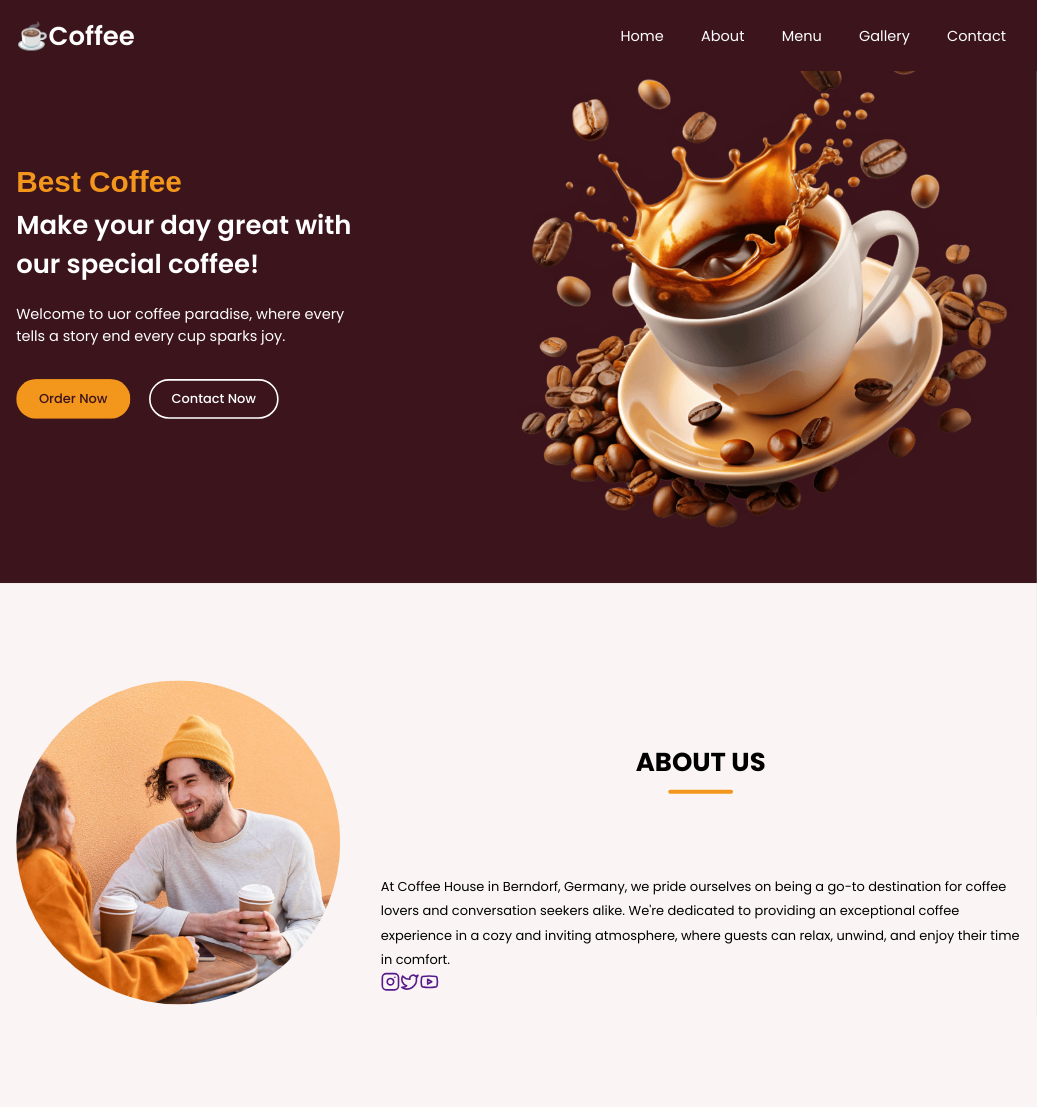
Repository: guilhermecardoso93/coffe-site-vite
Page: /
The author's editor kept a copy of each file at every save. The page is drawn from the files as they stood at one save, then again after the next save.
The browser window is 1280 px wide. The pictures show the whole page, at 81% of full size.
Some web fonts or font styles are not loaded; a fallback is used. The project was rebuilt for these pictures with package versions that can differ from the ones it lists, and the page was loaded fresh each time. Also part of the build but not shown: vite.config.js.

Above is the page before, as saved 2024-11-20 12:32:51.

### index.html
<!doctype html>
<html lang="en">

<head>
    <meta charset="UTF-8" />
    <link rel="icon" type="image/svg+xml" href="/vite.svg" />
    <link rel="preconnect" href="https://fonts.googleapis.com">
    <link rel="preconnect" href="https://fonts.gstatic.com" crossorigin>
    <link href="https://fonts.googleapis.com/css2?family=Miniver&family=Poppins:ital,wght@0,100;0,200;0,300;0,400;0,500;0,600;0,700;0,800;0,900;1,100;1,200;1,300;1,400;1,500;1,600;1,700;1,800;1,900&display=swap" rel="stylesheet">
    <meta name="viewport" content="width=device-width, initial-scale=1.0" />
    <title>Coffee WebSite</title>
</head>

<body>
    <div id="root"></div>
    <script type="module" src="/src/main.jsx"></script>
</body>

</html>

### src/main.jsx
import { StrictMode } from "react";
import { createRoot } from "react-dom/client";
import { App } from "./App.jsx";

import "./index.css";

createRoot(document.getElementById("root")).render(
  <StrictMode>
    <App />
  </StrictMode>
);

### src/App.jsx
import { Navbar } from "./components/Navbar";
import { Hero } from "./components/Hero";
import { About } from "./components/About";

export function App() {
  return (
    <>
      <Navbar />
      <Hero />
      <About />
    </>
  );
}

### src/index.css
:root {
  font-synthesis: none;
  text-rendering: optimizeLegibility;
  -webkit-font-smoothing: antialiased;
  -moz-osx-font-smoothing: grayscale;

  --white-color: #fff;
  --dark-color: #252525;
  --primary-color: #3b141c;
  --secondary-color: #f3961c;
  --light-pink-color: #faf4f5;
  --medium-gray-color: #ccc;

  --font-size-s: 0.9rem;
  --font-size-n: 1rem;
  --font-size-m: 1.12rem;
  --font-size-l: 1.5rem;
  --font-size-xl: 2rem;
  --font-size-xxl: 2.3rem;

  --font-weight-normal: 400;
  --font-weight-medium: 500;
  --font-weight-semibold: 600;
  --font-weight-bold: 700;

  --border-radius-s: 8px;
  --border-radius-m: 30px;
  --border-radius-circle: 50%;

  --site-max-width: 1300px;
}

* {
  padding: 0;
  margin: 0;
  box-sizing: border-box;
  font-family: "Poppins", sans-serif;
}

ul {
  list-style: none;
}

a {
  text-decoration: none;
}

button {
  cursor: pointer;
  border: none;
  background-color: none;
}

img {
  width: 100%;
}

.section-content {
  margin: 0 auto;
  padding: 0 20px;
  max-width: var(--site-max-width);
}

.section-title {
  text-align: center;
  padding: 60px 0 100px;
  text-transform: uppercase;
  font-size: var(--font-size-xl);
}

.section-title::after {
  content: '';
  width: 80px;
  height: 5px;
  display: block;
  margin: 10px auto 0;
  border-radius: var(--border-radius-s);
  background-color: var(--secondary-color);
}


@media screen and (max-width: 900px) {
  :root {
    --font-size-s: 0.9rem;
    --font-size-n: 1rem;
    --font-size-m: 1rem;
    --font-size-l: 1.3rem;
    --font-size-xl: 1.5rem;
    --font-size-xxl: 1.8rem;
  }
}

### src/components/Navbar/index.jsx
import { useState } from "react";
import { AlignJustify, X } from "lucide-react";
import "./styles.css";

export function Navbar() {
  // Estado para controlar a visibilidade do menu
  const [isMobileMenuOpen, setMobileMenuOpen] = useState(false);

  // Alternar o estado do menu
  const toggleMobileMenu = () => {
    setMobileMenuOpen((prevState) => !prevState);
    document.body.classList.toggle("show-mobile-menu", !isMobileMenuOpen); // Para adicionar/remover a classe no body
  };

  return (
    <header>
      <nav className="navbar section-content">
        <a href="/" className="nav-logo">
          <h2 className="logo-text">☕Coffee</h2>
        </a>
        {/* Menu com classe condicional */}
        <ul className={`nav-menu ${isMobileMenuOpen ? "show-mobile-menu" : ""}`}>
          <button id="menu-close-button" onClick={toggleMobileMenu}>
            <X color="black" size={40} />
          </button>
          <li className="nav-item">
            <a href="/" className="nav-link">
              Home
            </a>
          </li>
          <li className="nav-item">
            <a href="/about" className="nav-link">
              About
            </a>
          </li>
          <li className="nav-item">
            <a href="/menu" className="nav-link">
              Menu
            </a>
          </li>
          <li className="nav-item">
            <a href="/gallery" className="nav-link">
              Gallery
            </a>
          </li>
          <li className="nav-item">
            <a href="/contact" className="nav-link">
              Contact
            </a>
          </li>
        </ul>
        {/* Botão para abrir o menu */}
        <button id="menu-open-button" onClick={toggleMobileMenu}>
          <AlignJustify color="white" size={40} />
        </button>
      </nav>
    </header>
  );
}

### src/components/Hero/index.jsx
import heroImg from "../../assets/images/coffee-hero-section.png";
import "./styles.css";

export function Hero() {
  return (
    <main>
      <section className="hero-section">
        <div className="section-content-hero">
          <div className="hero-details">
            <h2 className="title">Best Coffee</h2>
            <h3 className="subtitle">
              Make your day great with our special coffee!
            </h3>
            <p className="description">
              Welcome to uor coffee paradise, where every tells a story end
              every cup sparks joy.
            </p>
            <div className="buttons">
              <a href="#" className="button order-now">
                {" "}
                Order Now
              </a>
              <a href="#" className="button contact-us">
                {" "}
                Contact Now
              </a>
            </div>
          </div>
          <div className="hero-image-wrapper">
            <img src={heroImg} alt="" className="hero-image" />
          </div>
        </div>
      </section>
    </main>
  );
}

### src/components/About/index.jsx
import { Instagram, Twitter, Youtube } from "lucide-react";
import AboutImg from "../../assets/images/about-image.jpg";
import "./styles.css";
export function About() {
  return (
    <section className="about-section" id="about">
      <div className="section-content">
        <div className="about-image-wrapper">
          <img src={AboutImg} alt="" className="about-image" />
        </div>
        <div className="about-details">
          <h2 className="section-title">About Us</h2>
          <p>
            At Coffee House in Berndorf, Germany, we pride ourselves on being a
            go-to destination for coffee lovers and conversation seekers alike.
            We're dedicated to providing an exceptional coffee experience in a
            cozy and inviting atmosphere, where guests can relax, unwind, and
            enjoy their time in comfort.
          </p>
          <div className="social-link-list">
            <a href="" className="social-link">
              <Instagram />
            </a>
            <a href="" className="social-link">
              <Twitter />
            </a>
            <a href="" className="social-link">
              <Youtube />
            </a>
          </div>
        </div>
      </div>
    </section>
  );
}

### src/components/Navbar/styles.css
header {
  position: fixed;
  width: 100%;
  z-index: 5;
  background-color: var(--primary-color);
}

header .navbar {
  display: flex;
  align-items: center;
  justify-content: space-between;
  padding: 20px;
}

.navbar .nav-logo .logo-text {
  color: var(--white-color);
  font-size: var(--font-size-xl);
  font-weight: var(--font-weight-semibold);
}

/* Menu principal */
.navbar .nav-menu {
  display: flex;
  gap: 10px;
  transition: transform 0.3s ease;
}

body.show-mobile-menu .nav-menu {
  transform: translateX(0);
}


.navbar .nav-menu.open {
  transform: translateX(0);
}

.navbar .nav-menu.closed {
  transform: translateX(-100%);
}

/* Botões de controle */
#menu-close-button,
#menu-open-button {
  display: none;
}

#menu-close-button,
#menu-open-button {
  cursor: pointer;
}

#menu-close-button {
  position: absolute;
  right: 30px;
  top: 30px;
}

/* Links do menu */
.navbar .nav-menu .nav-item {
  text-align: center;
  color: var(--white-color);
  padding: 10px 18px;
  border-radius: var(--border-radius-m);
  font-size: var(--font-size-m);
  transition: 0.3s ease;
}

.navbar .nav-menu .nav-item a {
  color: var(--white-color);
}

.navbar .nav-menu .nav-item:hover {
  color: var(--primary-color);
  background-color: var(--secondary-color);
}

/* Estilos responsivos */
@media screen and (max-width: 900px) {

  #menu-close-button,
  #menu-open-button {
    display: block;
    font-size: var(--font-size-l);
    background: none;
  }

  .navbar .nav-menu {
    flex-direction: column;
    position: fixed;
    top: 0;
    left: 0;
    width: 300px;
    height: 100%;
    padding-top: 100px;
    background: var(--white-color);
    transform: translateX(-100%);
  }

  .navbar .nav-menu .nav-item a {
    color: var(--dark-color);
  }


  .nav-menu .nav-item {
    margin-bottom: 2rem;
    background: none;
  }

  .navbar .nav-menu.open {
    transform: translateX(0);
  }

  .navbar .nav-menu .nav-link {
    margin-top: 17px;
    color: var(--dark-color);
    font-size: var(--font-size-l);
    gap: 1rem;
  }
}

### src/components/Hero/styles.css
.hero-section {
  min-height: 100vh;
  background-color: var(--primary-color);
}

.hero-section .section-content-hero {
  display: flex;
  align-items: center;
  min-height: 100vh;
  color: var(--white-color);
  justify-content: space-between;
  padding-top: 5rem;
  margin: 0 auto;
  padding: 0 20px;
  max-width: var(--site-max-width);
}

.hero-section .hero-details .title {
  font-size: var(--font-size-xxl);
  color: var(--secondary-color);
  font-weight: var(--font-weight-bold);
  font-family: "Miniver", sans-serif;
}

.hero-section .hero-details .subtitle {
  font-size: var(--font-size-xl);
  margin-top: 8px;
  max-width: 70%;
  font-weight: var(--font-weight-semibold);
}

.hero-section .hero-details .description {
  max-width: 70%;
  margin: 24px 0 40px;
  font-size: var(--font-size-m);
}

.hero-section .buttons {
  display: flex;
  gap: 23px;
}

.hero-section .hero-details .button {
  display: flex;
  align-items: center;
  text-align: center;
  padding: 10px 26px;
  color: var(--primary-color);
  border: 2px solid transparent;
  border-radius: var(--border-radius-m);
  background-color: var(--secondary-color);
  font-weight: var(--font-weight-medium);
  transition: 0.3s ease;
}

.hero-section .hero-details .button:hover,
.hero-section .hero-details .contact-us {
  color: var(--white-color);
  border-color: var(--white-color);
  background: transparent;
}

.hero-section .hero-details .contact-us:hover {
  color: var(--primary-color);
  border-color: var(--secondary-color);
  background-color: var(--secondary-color);
}

.hero-mage-wrapper {
  max-width: 500px;
  margin-right: 30px;
}

@media screen and (max-width: 900px) {
  .hero-section .section-content-hero {
    flex-direction: column-reverse;
    justify-content: center;
    gap: 50px;
    padding: 30px 20px 20px;
  }

  .hero-section .hero-image-wrapper {
    max-width: 270px;
    margin-right: 0;
  }

  .hero-section .hero-details :is(.subtitle, .description) {
    max-width: 100%;
  }

  .hero-section .hero-details .buttons {
    justify-content: center;
  }

  .hero-details {
    display: flex;
    flex-direction: column;
    align-items: center;
    justify-content: center;
  }
}

### src/components/About/styles.css
.about-section {
  padding: 120px 0;
  background-color: var(--light-pink-color);
}

.about-section .section-content {
  display: flex;
  align-items: center;
  justify-content: space-between;
  gap: 50px;
}

.about-section .about-image-wrapper .about-image {
  width: 400px;
  height: 400px;
  object-fit: cover;
  border-radius: var(--border-radius-circle);
}

.about-section .about-details  p {
  line-height: 30px;
}

After the next save:
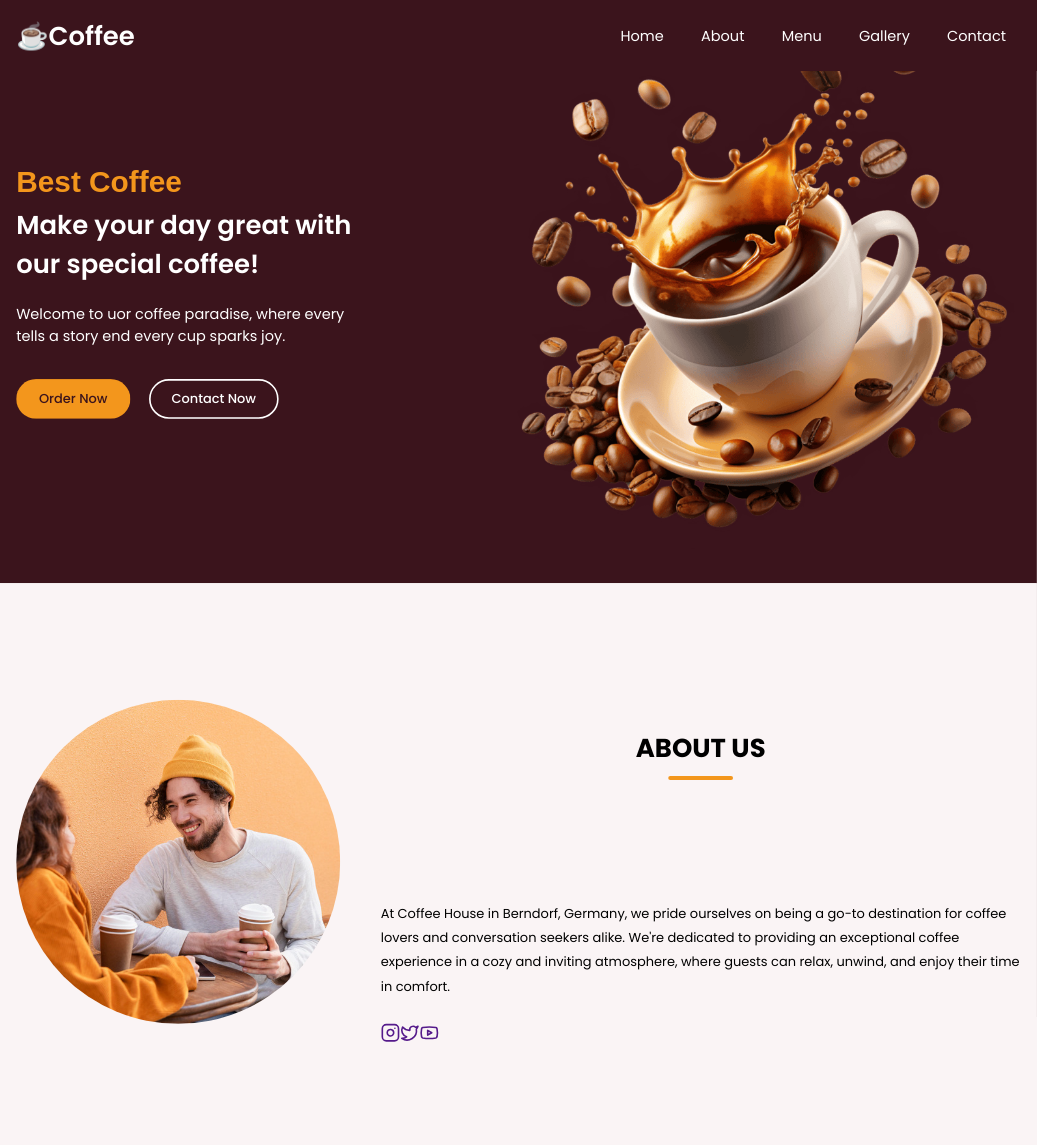
Saved 15 s later.
--- a/src/components/About/styles.css
+++ b/src/components/About/styles.css
@@ -17,6 +17,7 @@
   border-radius: var(--border-radius-circle);
 }
 
-.about-section .about-details  p {
+.about-section .about-details p {
   line-height: 30px;
+  margin: 50px 0 30px;
 }
